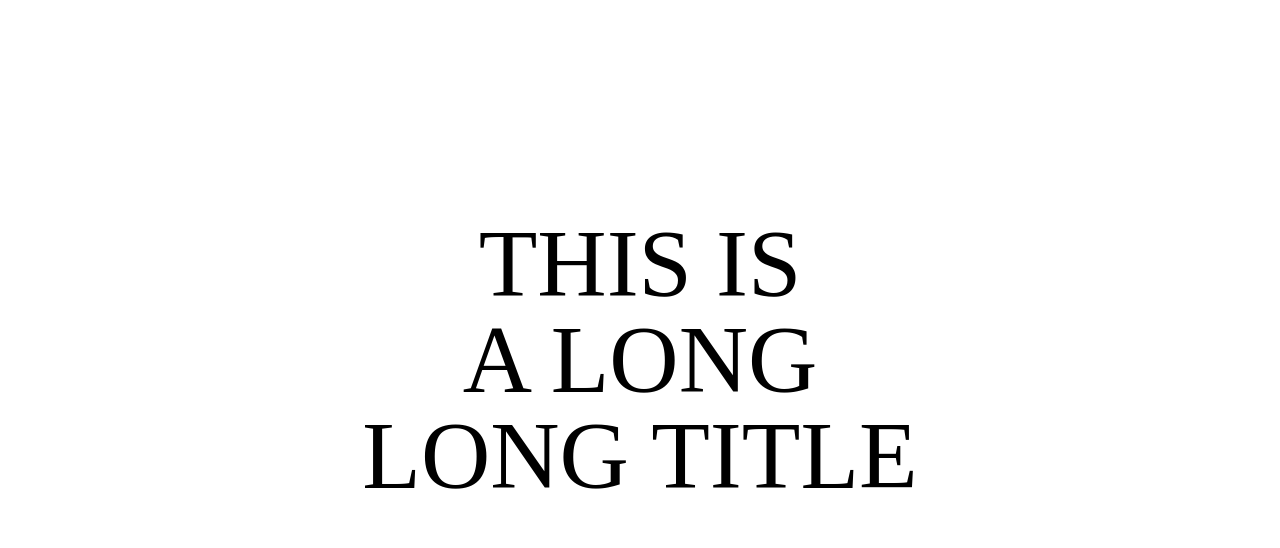
Repository: zuuo/--
Page: 文字入场动画1/index.html
These files come from the project's save history. The page is drawn as it stood at one moment and after the next save; the edit follows.
The browser window is 1280 px wide. The pictures show the whole page.
The style sheet was rebuilt from its Sass, Less or Tailwind sources for each picture, by a compiler version that may differ from the author's.

Above is the page before, as saved 2024-03-03 20:57:23.

### 文字入场动画1/index.html
<!DOCTYPE html>
<html lang="en">

<head>
    <meta charset="UTF-8">
    <meta name="viewport" content="width=device-width, initial-scale=1.0">
    <title>文字入场动画1</title>
    <link rel="stylesheet" href="./style.css">
</head>

<body>
    <div class="title">
        <p>THIS IS</p>
        <p>A LONG</p>
        <p>LONG TITLE</p>
    </div>
</body>
<script src="index.js"></script>

</html>

### 文字入场动画1/style.less
body {
    padding: 0;
    margin: 0;
}

.title {
    width: 100vw;
    height: 100vh;
    display: flex;
    justify-content: center;
    align-items: center;
    flex-direction: column;
    font-size: 96px;
    p {
        line-height: 1;
        margin: 0;

    }
}

Loaded but not shown: 文字入场动画1/index.js (no stored copy; drawn as an empty file)

After the next save:
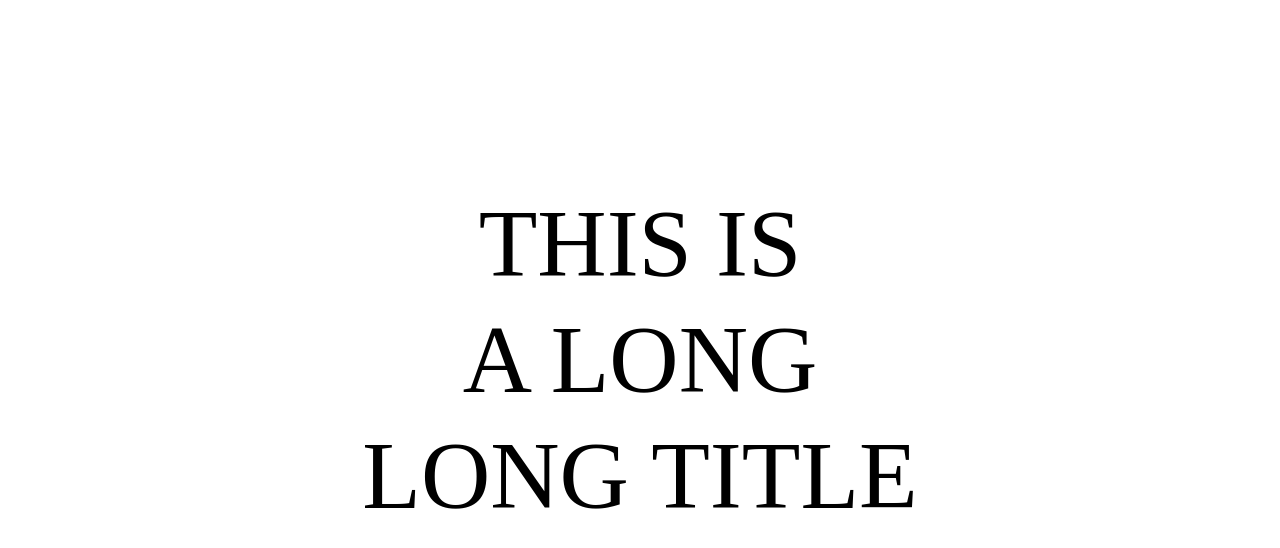
Saved 8 s later.
--- a/文字入场动画1/style.less
+++ b/文字入场动画1/style.less
@@ -13,7 +13,6 @@ body {
     font-size: 96px;
     p {
         line-height: 1;
-        margin: 0;
-
+        margin: 10px 0;
     }
 }
